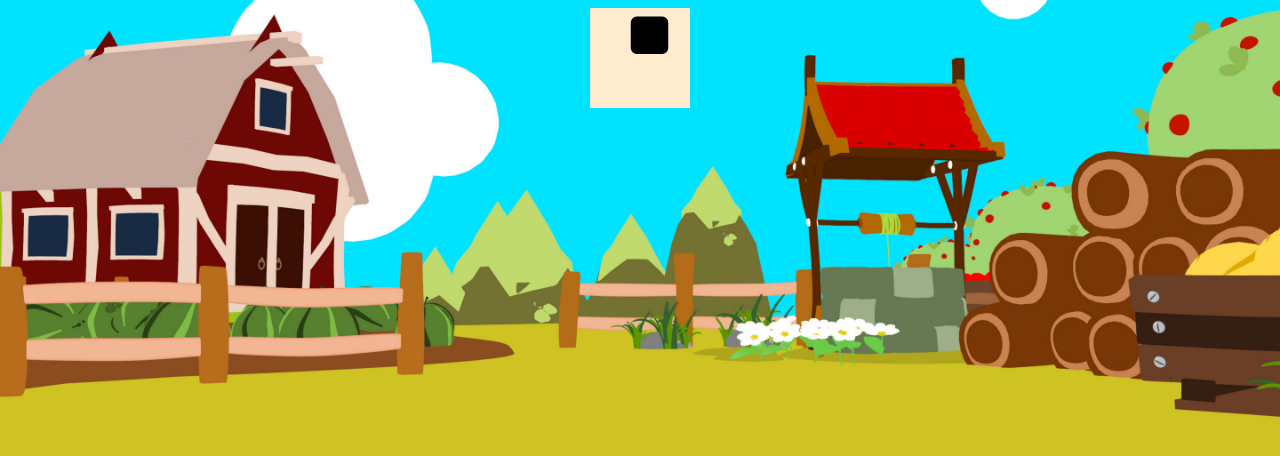
Repository: rumor1993/DreamCoding-Browser101
Page: Chapter07/index.html
These files come from the project's save history. The page is drawn as it stood at one moment and after the next save; the edit follows.
The browser window is 1280 px wide. The pictures show the whole page.
Some web libraries are served in a nearby version.

Above is the page before, as saved 2021-01-01 13:33:54.

After the next save:
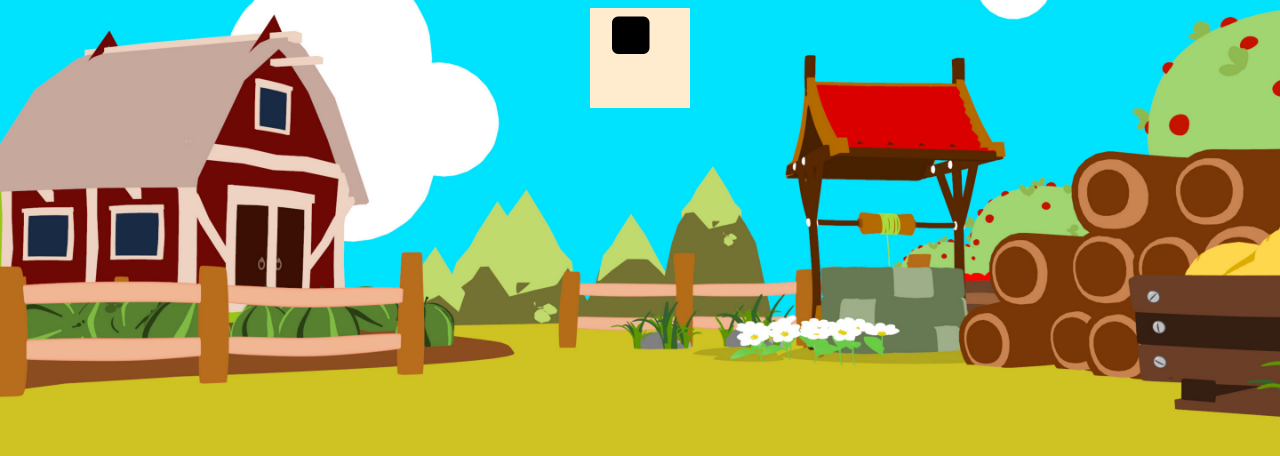
Saved 5 s later.
--- a/Chapter07/index.html
+++ b/Chapter07/index.html
@@ -22,7 +22,7 @@
       }
 
       .stop i {
-        transform: translate(25%);
+        transform: translate(-25%);
       }
 
       .timer {
